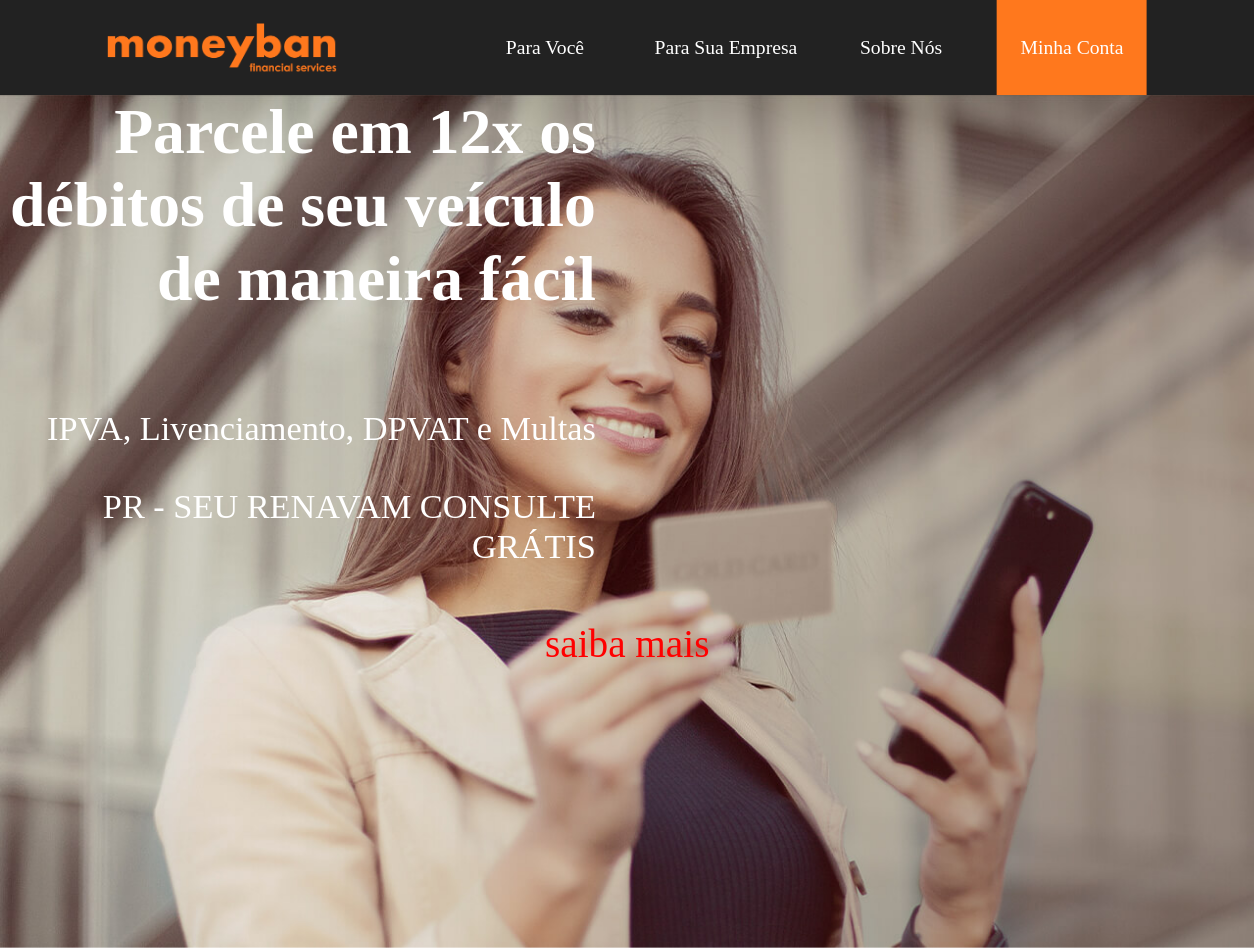
Repository: IvanCardoso91/moneyban
Page: index.html
An editor plug-in stored every save of this project. The page is shown before and after the next save, followed by the edit.
The browser window is 1280 px wide. The pictures show the whole page, at 98% of full size.
Some icons come from a web library that is not loaded, so they are not drawn. Some web fonts or font styles are not loaded; a fallback is used.

Above is the page before, as saved 2020-12-15 14:15:45.

After the next save:
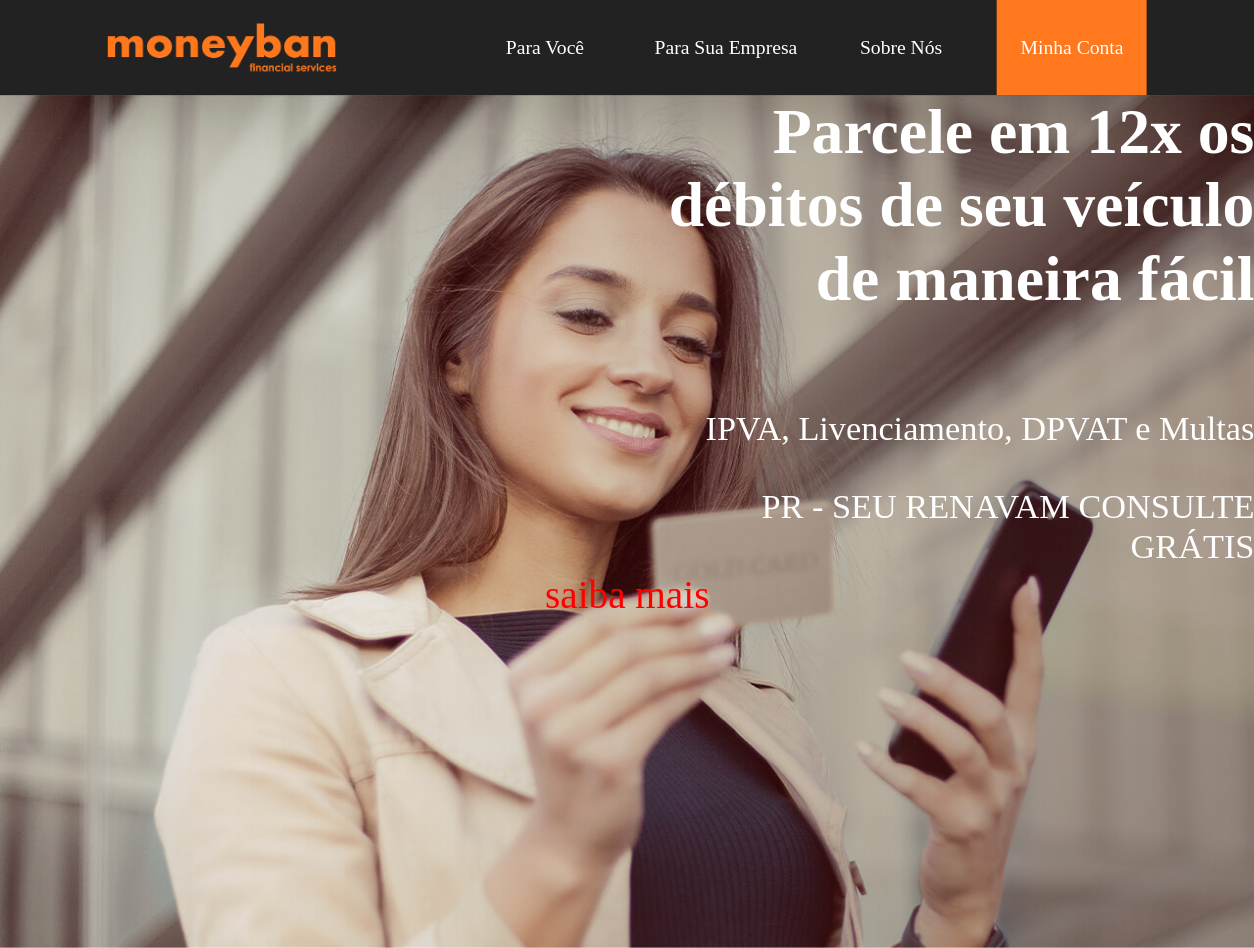
Saved 2 min 40 s later.
--- a/style/main-style.css
+++ b/style/main-style.css
@@ -131,6 +131,9 @@ a {
 /* FIM DO DROPDOWN */
 
 .box-img1 {
+    display: flex;
+    flex-direction: column;
+    align-items: flex-end;
     height: 870px;
     background-image: url('/Repositorios/site-moneyban/assets/img/bg-home-parcelar-documentos-carro-moto.jpg');
 }
@@ -168,9 +171,7 @@ a {
 }
 
 .center-know-more {
-    display: flex;
-    justify-content: center;
-    align-items: center;
+    align-self: center;
     font-size: 40px;
     color: red;
     height: 17%;
